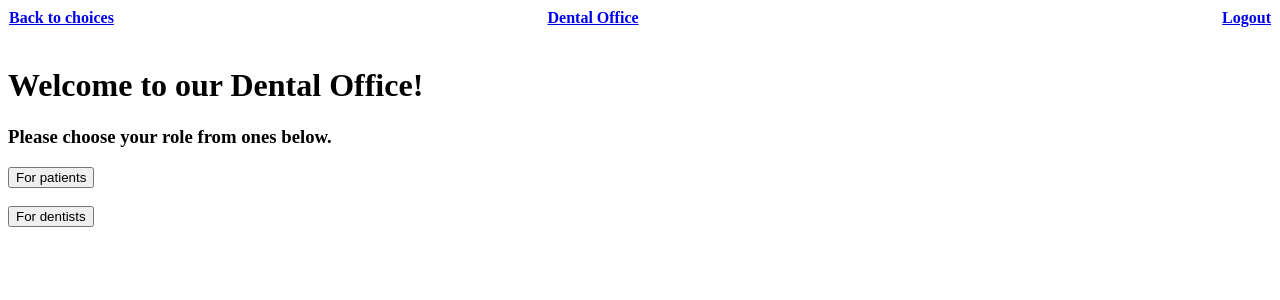
Repository: ThEgIGN/DentalOfficeWebApplication
Page: http://localhost/DentalOfficeWEB/
An editor plug-in stored every save of this project. The page is shown before and after the next save, followed by the edit.
The browser window is 1280 px wide. The pictures show the whole page.
The page is served by Tomcat 9. Nobody is signed in. The application's start-up code is not run. Other server files are loaded and not shown.

Above is the page before, as saved 2023-06-16 10:52:01.

### DentalOfficeProject/DentalOfficeWEB/src/main/webapp/index.jsp
<%@ page language="java" contentType="text/html; charset=ISO-8859-1"
	pageEncoding="ISO-8859-1"%>
<!DOCTYPE html>
<html>
<head>
<meta charset="ISO-8859-1">
<title>Dental Office Name</title>
</head>
<body>
	<table style="width: 100%; border-collapse: collapse;">
		<tr>
			<td style="text-align: left"><b><a
					href="/DentalOfficeWEB/ReturnToChoicesServlet">Back to choices</a></b></td>
			<td><b><a href="/DentalOfficeWEB/index.jsp">Dental
						Office</a></b></td>
			<td style="text-align: right"><b><a
					href="/DentalOfficeWEB/LogoutServlet">Logout</a></b></td>
		</tr>
	</table>
	<br>
	<h1>Welcome to our Dental Office!</h1>
	<h3>Please choose your role from ones below.</h3>
	<form action="/DentalOfficeWEB/patients/createPatient.jsp">
		<button type="submit">For patients</button>
	</form>
	<br>
	<form action="/DentalOfficeWEB/dentists/loginDentist.jsp">
		<button type="submit">For dentists</button>
	</form>
</body>
</html>

After the next save:
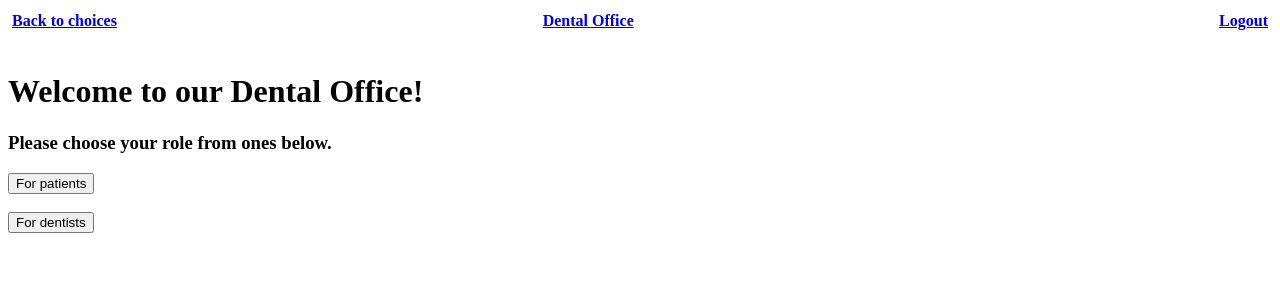
Saved 70 s later.
--- a/DentalOfficeProject/DentalOfficeWEB/src/main/webapp/index.jsp
+++ b/DentalOfficeProject/DentalOfficeWEB/src/main/webapp/index.jsp
@@ -3,6 +3,11 @@
 <!DOCTYPE html>
 <html>
 <head>
+<style>
+th, td {
+	padding: 4px;
+}
+</style>
 <meta charset="ISO-8859-1">
 <title>Dental Office Name</title>
 </head>
